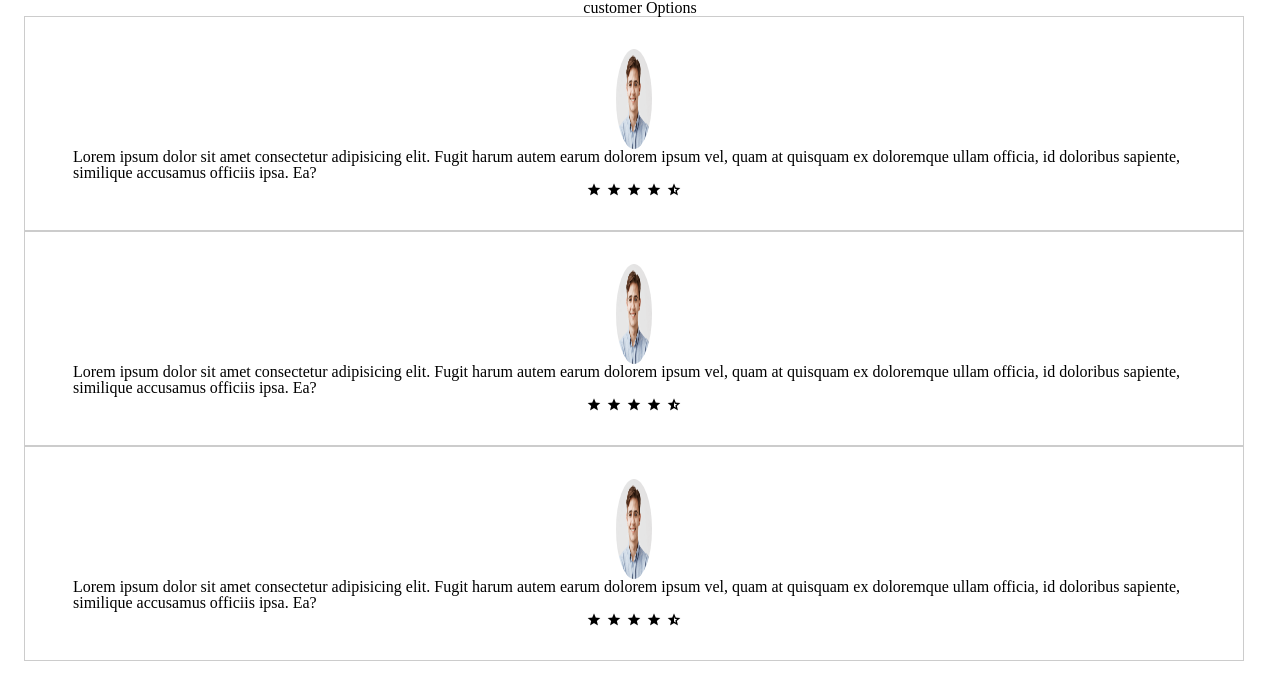
Repository: dinhhaidh/slider-3
Page: index.html
An editor plug-in stored every save of this project. The page is shown before and after the next save, followed by the edit.
The browser window is 1280 px wide. The pictures show the whole page.

Above is the page before, as saved 2024-03-22 20:16:26.

### index.html
<!DOCTYPE html>
<html lang="en">
<head>
    <meta charset="UTF-8">
    <meta name="viewport" content="width=device-width, initial-scale=1.0">
    <title>Document</title>
    <link rel="stylesheet" href="https://cdnjs.cloudflare.com/ajax/libs/remixicon/4.2.0/remixicon.min.css">

    <link rel="stylesheet" href="style.css">

</head>
<body>
    <div class="customer">
        <h3 class="customer__title">customer Options</h3>
        <div class="customer__container container">
            <div class="customer__swiper">
                <div>
                    <article class="customer__article">
                        <img src="./img1.png" alt="image" class="customer__img">

                        <p>
                            Lorem ipsum dolor sit amet consectetur adipisicing elit. Fugit harum autem earum dolorem ipsum vel, quam at quisquam ex doloremque ullam officia, id doloribus sapiente, similique accusamus officiis ipsa. Ea?
                        </p>

                        <div class="customer__star">
                            <i class="ri-star-s-fill"></i>
                            <i class="ri-star-s-fill"></i>
                            <i class="ri-star-s-fill"></i>
                            <i class="ri-star-s-fill"></i>
                            <i class="ri-star-half-s-line"></i>
                        </div>
                    </article>
                    <article class="customer__article">
                        <img src="./img1.png" alt="image" class="customer__img">

                        <p>
                            Lorem ipsum dolor sit amet consectetur adipisicing elit. Fugit harum autem earum dolorem ipsum vel, quam at quisquam ex doloremque ullam officia, id doloribus sapiente, similique accusamus officiis ipsa. Ea?
                        </p>

                        <div class="customer__star">
                            <i class="ri-star-s-fill"></i>
                            <i class="ri-star-s-fill"></i>
                            <i class="ri-star-s-fill"></i>
                            <i class="ri-star-s-fill"></i>
                            <i class="ri-star-half-s-line"></i>
                        </div>
                    </article>
                    <article class="customer__article">
                        <img src="./img1.png" alt="image" class="customer__img">

                        <p>
                            Lorem ipsum dolor sit amet consectetur adipisicing elit. Fugit harum autem earum dolorem ipsum vel, quam at quisquam ex doloremque ullam officia, id doloribus sapiente, similique accusamus officiis ipsa. Ea?
                        </p>

                        <div class="customer__star">
                            <i class="ri-star-s-fill"></i>
                            <i class="ri-star-s-fill"></i>
                            <i class="ri-star-s-fill"></i>
                            <i class="ri-star-s-fill"></i>
                            <i class="ri-star-half-s-line"></i>
                        </div>
                    </article>
                </div>
            </div>
        </div>
    </div>
</body>
</html>

### style.css
*,
*:before,
*:after {
  box-sizing: border-box;
}
* {
  margin: 0;
  padding: 0;
  font: inherit;
}
img,
picture,
svg,
video {
  display: block;
  max-width: 100%;
}
input,
select,
textarea {
  background-color: transparent;
  outline: none;
}
button {
  cursor: pointer;
  background-color: transparent;
  outline: none;
  border: 0;
}
body {
  min-height: 100vh;
  font-weight: 400;
  font-size: 16px;
  line-height: 1;
}


.container{
    max-width: 1220px;
    Margin-inline: 1.5rem;
}


.customer__title{
    text-align: center
}
.customer__container{

}

.customer__swiper{

}
.customer__article{
    display:flex;
    align-items: center;
    justify-content: center;
    flex-direction: column;
    padding: 2rem 3rem 2rem;
    background-color: #fff;
    border: 1px solid #ccc;
}
.customer__img{
    width: 100px;
    height: 100px;
    border-radius: 50%;
    padding: 0 2rem ;
}
.customer__star{

}
.ri-star-s-fill{

}
.ri-star-half-s-line{

}

After the next save:
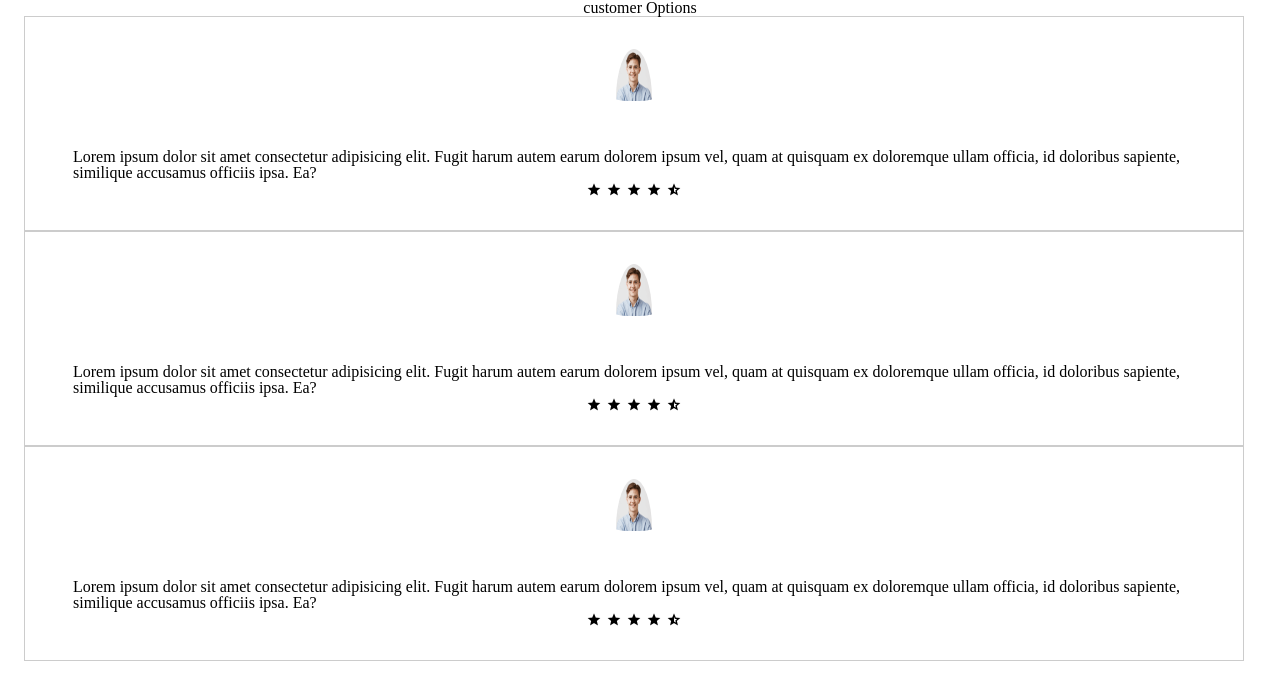
Saved 6 s later.
--- a/style.css
+++ b/style.css
@@ -64,7 +64,7 @@ body {
     width: 100px;
     height: 100px;
     border-radius: 50%;
-    padding: 0 2rem ;
+    padding: 0 2rem 3rem 2rem;
 }
 .customer__star{
 
